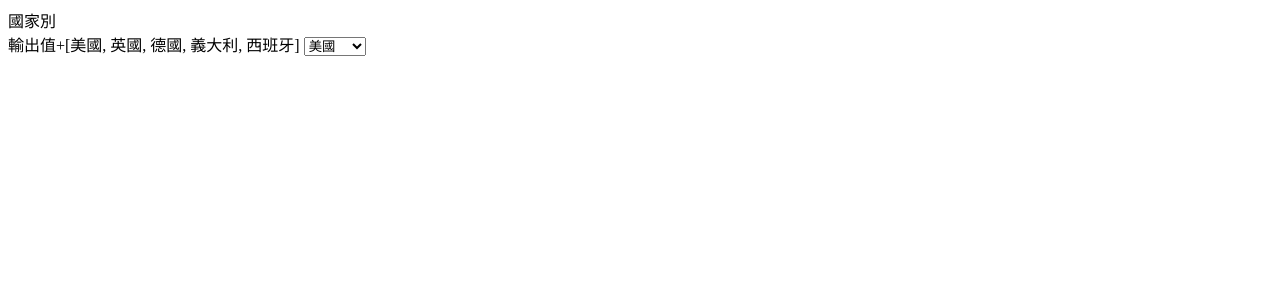
Repository: JunTingLin/web0620
Page: http://localhost/myWeb/CountryListServlet
The author's editor kept a copy of each file at every save. The page is drawn from the files as they stood at one save, then again after the next save.
The browser window is 1280 px wide. The pictures show the whole page.
The page is served by Tomcat 9. Other server files are loaded and not shown.

Above is the page before, as saved 2022-06-25 08:08:20.

### myWeb/src/main/webapp/countryselect.jsp
<%@ page language="java" contentType="text/html; charset=UTF-8"
	pageEncoding="UTF-8"%>
<%@ taglib prefix="c" uri="http://java.sun.com/jsp/jstl/core" %>
<!DOCTYPE html>
<html>
<head>
<meta charset="UTF-8">
<title>國家別查詢</title>
</head>
<body>

	<form>
		<div>國家別</div>
		<c:out value="輸出值+${ requestScope.countries }"></c:out>
		<select>
			<!-- 走回圈將傳遞進來的attribute 國家別清單逐一產生option標籤內容 -->
			<c:forEach var="country" items="${ requestScope.countries }">
				<option value="${ country }">${ country }</option>
			</c:forEach>
		</select>
	</form>
</body>
</html>

### myWeb/src/main/java/com/gjun/controllor/CountryListServlet.java
package com.gjun.controllor;

import java.io.IOException;
import java.util.ArrayList;
import java.util.List;

import javax.servlet.RequestDispatcher;
import javax.servlet.ServletException;
import javax.servlet.annotation.WebServlet;
import javax.servlet.http.HttpServlet;
import javax.servlet.http.HttpServletRequest;
import javax.servlet.http.HttpServletResponse;

/**
 * Servlet implementation class CountryListServlet
 */
@WebServlet("/CountryListServlet")
public class CountryListServlet extends HttpServlet {
	private static final long serialVersionUID = 1L;

    /**
     * @see HttpServlet#HttpServlet()
     */
    public CountryListServlet() {
        super();
        // TODO Auto-generated constructor stub
    }

	/**
	 * @see HttpServlet#doGet(HttpServletRequest request, HttpServletResponse response)
	 */
	protected void doGet(HttpServletRequest request, HttpServletResponse response) throws ServletException, IOException {
		List<String> countries = new ArrayList<>();
		countries.add("美國");
		countries.add("英國");
		countries.add("德國");
		countries.add("義大利");
		countries.add("西班牙");
		request.setAttribute("countries", countries);
		RequestDispatcher disp = request.getRequestDispatcher("countryselect.jsp");
		disp.forward(request, response);

	}


}

After the next save:
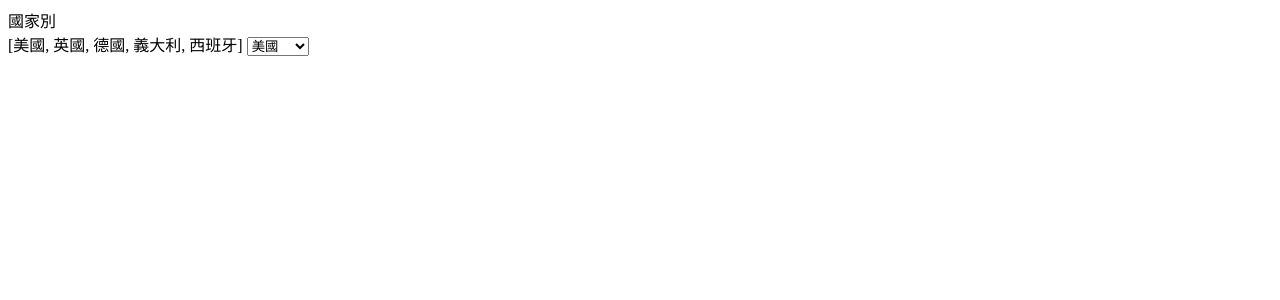
Saved 3 min 17 s later.
--- a/myWeb/src/main/webapp/countryselect.jsp
+++ b/myWeb/src/main/webapp/countryselect.jsp
@@ -11,11 +11,11 @@
 
 	<form>
 		<div>國家別</div>
-		<c:out value="輸出值+${ requestScope.countries }"></c:out>
+		<c:out value="${ requestScope.countries }"></c:out>
 		<select>
 			<!-- 走回圈將傳遞進來的attribute 國家別清單逐一產生option標籤內容 -->
 			<c:forEach var="country" items="${ requestScope.countries }">
-				<option value="${ country }">${ country }</option>
+				<option value="${ country.toString() }">${ country.toString() }</option>
 			</c:forEach>
 		</select>
 	</form>
